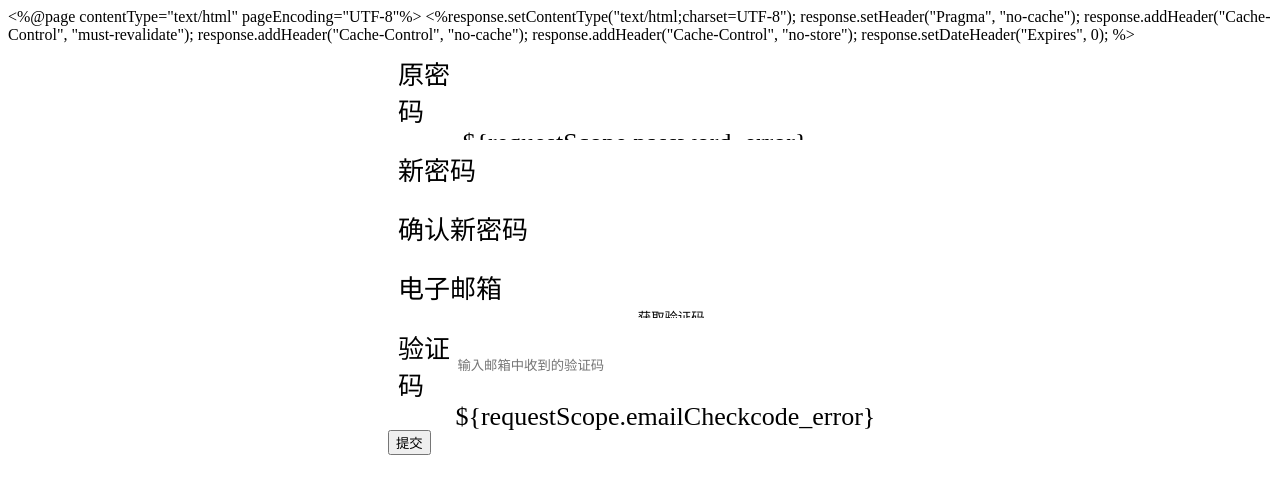
Repository: IAmJiangWenHao/ReportServer
Page: web/demo.html
The author's editor kept a copy of each file at every save. The page is drawn from the files as they stood at one save, then again after the next save.
The browser window is 1280 px wide. The pictures show the whole page.

Above is the page before, as saved 2023-05-18 21:37:28.

### web/demo.html
<%@page contentType="text/html" pageEncoding="UTF-8"%>
<%response.setContentType("text/html;charset=UTF-8");
  response.setHeader("Pragma", "no-cache");
  response.addHeader("Cache-Control", "must-revalidate");
  response.addHeader("Cache-Control", "no-cache");
  response.addHeader("Cache-Control", "no-store");
  response.setDateHeader("Expires", 0);
%>
<!DOCTYPE html>
<html>
  <head>
    <meta http-equiv="Content-Type" content="text/html; charset=UTF-8">
    <title>重置口令</title>
  </head>

  <body>
    <style>
          .mybody {
      height: 100%;
      width: 100%;
      position: absolute;

    }

    form {
      height: 100%;
      display: flex;
      flex-direction: column;


    }
    form:hover{
      box-shadow: 0 0 10px 5px rgba(30, 30, 4, 0.3);
    }

    form .hang {
      /* border: 1px solid black; */
      width: 100%;
      margin-bottom: 2px;
      display: flex;
      border-radius: 20px;
      width: 500px;
      height: auto;
      padding: 10px;
      font-size: 26px;
      background-color: #fff;
      position: relative;
      justify-content: space-between;
    }
    form .hang #new{
      display: flex;
    flex-direction: column;
    }
    form .key{
      flex-shrink: 0;
    }
    form .hang a{
      color: #000;
      text-decoration:none;
    }
    form .hang input{
      border: 0;
      background-color: #fff;
      width: 100%;
    height: 100%;
    }
    form .hang input:hover{
      box-shadow: 0 0 10px 5px rgba(30, 30, 4, 0.3);

    }
    form .hang .input{
      width: 100%;
    }
    form .hang #button{
      border: 0;
      box-shadow: 0 ;
      width: auto;
    height: auto;
    }

    </style>
    <div class="mybody">
    <div  style="      display: flex;
    justify-content: center;
    align-items: center;">
      <form action="SetPasswordEmail.do" method="post" name="form1" onSubmit="return Check()">
        <div class="hang"><div>原密码</div> <div id="old"><input type="password" name="oldpass" >${requestScope.password_error}</div></div>
        <div class="hang"><div>新密码</div> <div id="new"><input type="password" name="newpass" ><div id="info_newpass" style="color: #ff0000;display:inline;"></div></div></div>
        <div class="hang"><div>确认新密码</div> <div id="comfirm"><input type="password" name="confirmpass"  ><div id="info_confirm" style="color: #ff0000;display:inline;"></div> </div></div>
        <div class="hang"><div>电子邮箱</div> <div id="email"><input type="text" name="email" onblur=isEmail(this.value)> <input type="button" id="button" value="获取验证码"></div></div>
        <div class="hang"><div>验证码</div><div id="emailcode"><input type="text" name="emailCheckcode"  placeholder="输入邮箱中收到的验证码"/>${requestScope.emailCheckcode_error}</div></div>
        <p>
          <input type="submit" id="submit" value="提交">
      </form>
        <div id="result"></div>
    </div>
</div>
    <script>
      const info_newpass = document.getElementById("info_newpass");
      const info_confirm = document.getElementById("info_confirm");
      const newpass = document.getElementsByTagName("input")[1];
      const confirmpass = document.getElementsByTagName("input")[2];
      const email = document.getElementsByTagName("input")[3];
      newpass.onchange = function () {
        info_newpass.innerHTML = "长度6-8位";
        if (confirmpass.value === newpass.value && newpass.value.length >= 4)
          info_confirm.innerHTML = "ok";
        else
        {
          info_confirm.innerHTML = "不匹配";
        }
      };

      confirmpass.onchange = function () {
        if (confirmpass.value === newpass.value && newpass.value.length >= 4)
          info_confirm.innerHTML = "ok";
        else
        {
          info_confirm.innerHTML = "不匹配";
        }
      };

      function isEmail(strEmail) {
        if (strEmail.search(/^\w+((-\w+)|(\.\w+))*\@[A-Za-z0-9]+((\.|-)[A-Za-z0-9]+)*\.[A-Za-z0-9]+$/) !== -1)
          return true;
        else
          alert(email.value + "邮箱格式错误");
      }
      function Check()
      {
        for (var i = 0; i < document.form1.elements.length - 1; i++)
        {
          if (document.form1.elements[i].value === "")
          {
            alert("不允许空！");
            document.form1.elements[i].focus();
            return false;
          }
        }
        if (newpass.value.length < 6)
        {
          alert("密码长度不足！");
          document.getElementsByTagName("input")[1].focus();
          return false;
        }
        if (confirmpass.value !== newpass.value)
        {
          alert("两次输入不匹配！");
          document.getElementsByTagName("input")[2].focus();
          return false;
        }
        return true;

      }
      //获取button
      const btn = document.getElementById("button");
      const result=document.getElementById("result");
      //绑定按钮的 click 事件
      btn.onclick = function () {
        if (!isEmail(email.value))
          return false;
        btn.disabled = true;//禁用按钮
        setBTN();
        //1.创建请求对象
        const xhr = new XMLHttpRequest();
        //2.设置请求方法和URL
        xhr.open("post", "/Report_load_system/EmailCheckcodeServlet?email=" + email.value, true);
        //3.发送
        xhr.send();
        //4. 绑定事件 处理服务端返回的结果
        //readystate 是xhr的一个属性，状态 0 1 2 3 4
        xhr.onreadystatechange = function () {
          // 如果服务器端返回了所有的结果
          if (xhr.readyState === 4) {
            //判断响应码 2XX 表示成功
            if (xhr.status >= 200 && xhr.status <= 300) {
              //处理结果
              console.log(xhr.status);//状态码
              console.log(xhr.statusText);//状态字符串
              console.log(xhr.getAllResponseHeaders());//响应头
              console.log(xhr.response);//响应体
              //设置 result 显示的文本内容
              result.innerHTML=xhr.response;
            } else {
            }
          }
        };
      };

      //修改按钮，控制验证码重新获取
      var time0 = 30;
      var time = time0;
      var t;  // 验证按钮的20s计时
      //修改按钮，控制验证码重新获取
      function changeBTN() {
        if (time > 0) {
          btn.value = "(" + time + "s)" + "重新获取";
          time = time - 1;
        } else {

          btn.disabled = false;
          btn.value = "获取验证码";
          clearInterval(t);
          time = time0;
        }
      }
      function setBTN() {
        btn.value = "(" + time + "s)" + "重新获取";
        time = time - 1;
        t = setInterval("changeBTN()", 1000);  // 1s调用一次
      }
    </script>
  </body>
</html>

After the next save:
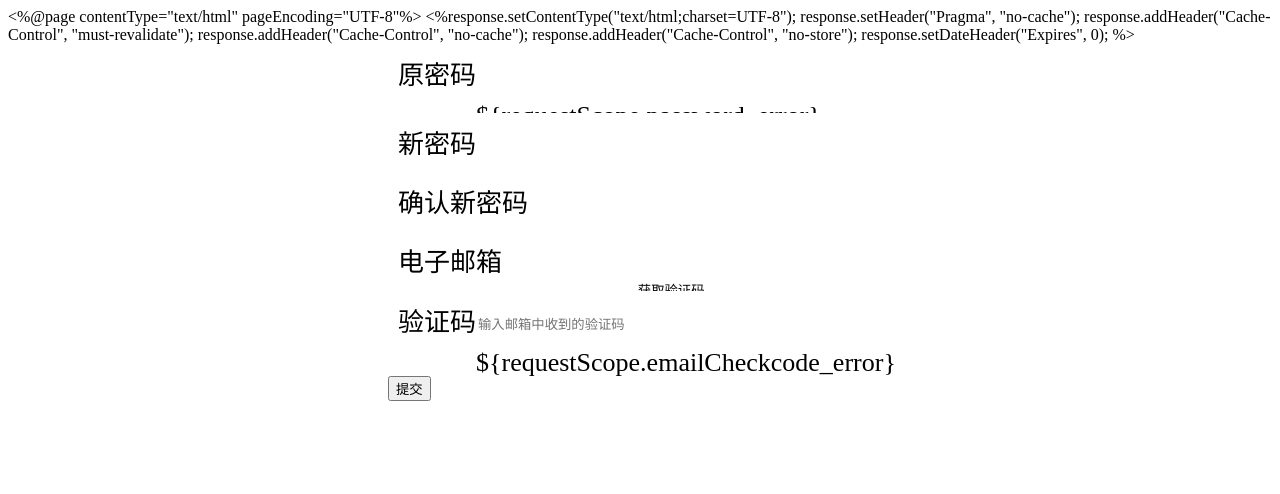
Saved 27 s later.
--- a/web/demo.html
+++ b/web/demo.html
@@ -84,11 +84,11 @@
     justify-content: center;
     align-items: center;">
       <form action="SetPasswordEmail.do" method="post" name="form1" onSubmit="return Check()">
-        <div class="hang"><div>原密码</div> <div id="old"><input type="password" name="oldpass" >${requestScope.password_error}</div></div>
-        <div class="hang"><div>新密码</div> <div id="new"><input type="password" name="newpass" ><div id="info_newpass" style="color: #ff0000;display:inline;"></div></div></div>
-        <div class="hang"><div>确认新密码</div> <div id="comfirm"><input type="password" name="confirmpass"  ><div id="info_confirm" style="color: #ff0000;display:inline;"></div> </div></div>
-        <div class="hang"><div>电子邮箱</div> <div id="email"><input type="text" name="email" onblur=isEmail(this.value)> <input type="button" id="button" value="获取验证码"></div></div>
-        <div class="hang"><div>验证码</div><div id="emailcode"><input type="text" name="emailCheckcode"  placeholder="输入邮箱中收到的验证码"/>${requestScope.emailCheckcode_error}</div></div>
+        <div class="hang"><div class="key">原密码</div> <div id="old"><input type="password" name="oldpass" >${requestScope.password_error}</div></div>
+        <div class="hang"><div class="key">新密码</div> <div id="new"><input type="password" name="newpass" ><div id="info_newpass" style="color: #ff0000;display:inline;"></div></div></div>
+        <div class="hang"><div class="key">确认新密码</div> <div id="comfirm"><input type="password" name="confirmpass"  ><div id="info_confirm" style="color: #ff0000;display:inline;"></div> </div></div>
+        <div class="hang"><div class="key">电子邮箱</div> <div id="email"><input type="text" name="email" onblur=isEmail(this.value)> <input type="button" id="button" value="获取验证码"></div></div>
+        <div class="hang"><div class="key">验证码</div><div id="emailcode"><input type="text" name="emailCheckcode"  placeholder="输入邮箱中收到的验证码"/>${requestScope.emailCheckcode_error}</div></div>
         <p>
           <input type="submit" id="submit" value="提交">
       </form>
